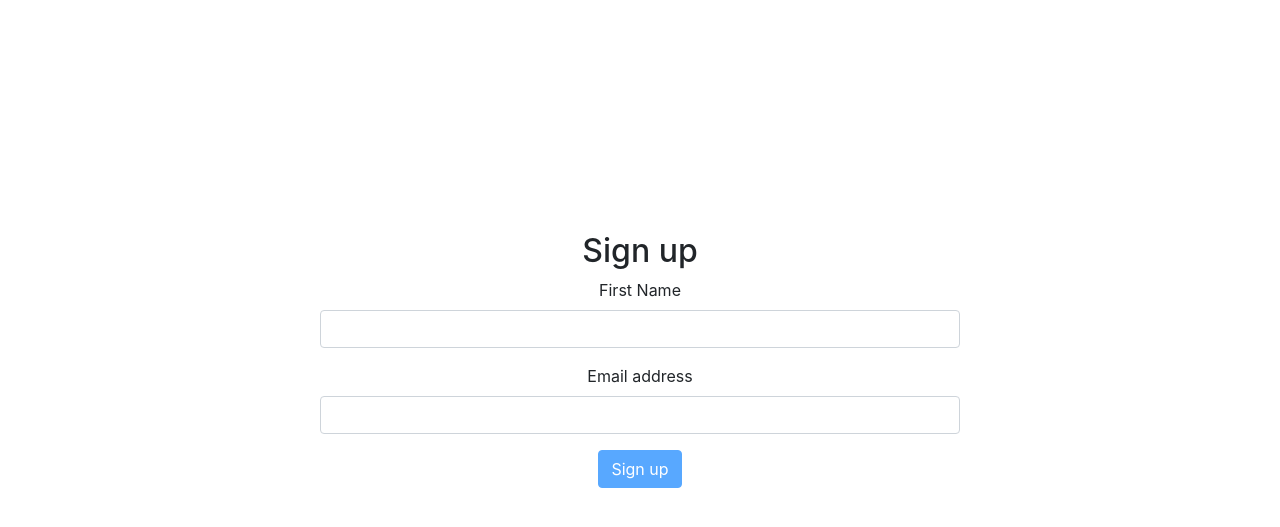
Repository: jklodge/react-form
Page: / (app in adzuna-form/)
An editor plug-in stored every save of this project. The page is shown before and after the next save, followed by the edit.
The browser window is 1280 px wide. The pictures show the whole page.
The project was rebuilt for these pictures with package versions that can differ from the ones it lists, and the page was loaded fresh each time. Also part of the build but not shown: adzuna-form/src/Components/ErrorValidation.js.

Above is the page before, as saved 2020-01-09 00:22:10.

After the next save:
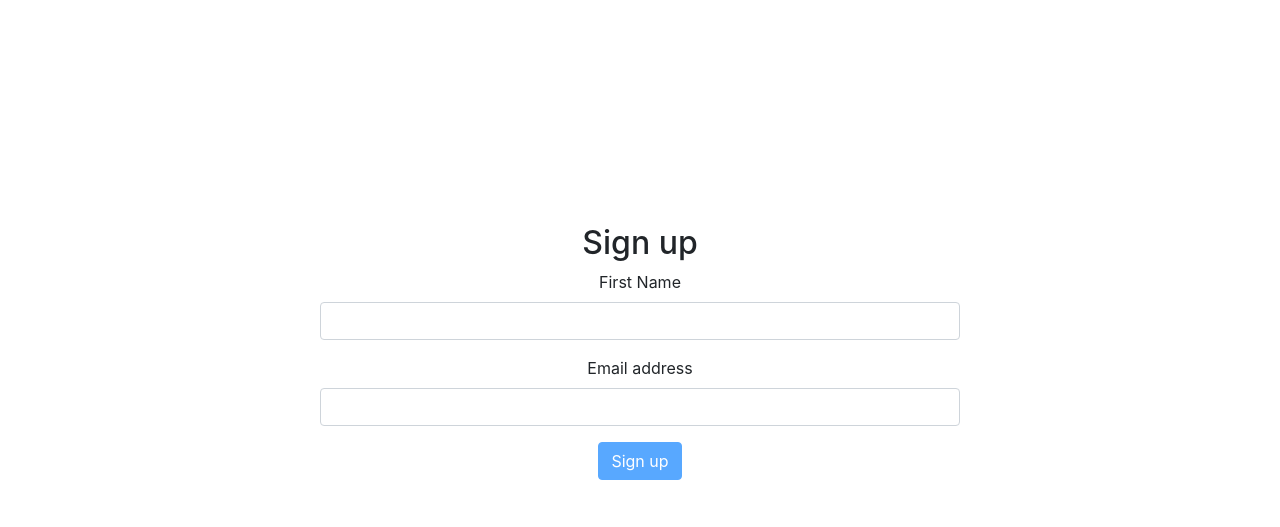
Saved 31 s later.
--- a/adzuna-form/src/Components/Form.js
+++ b/adzuna-form/src/Components/Form.js
@@ -108,9 +108,7 @@
             Sign up
           </button>
         </form>
-        <div className="panel panel-default">
-          {/* <ErrorValidation errorValidation={this.state.errorValidation} /> */}
-        </div>
+        <p>{this.state.errorValidation.email ? "Is invalid" : ""}</p>
       </div>
     );
   }

After the save that followed:
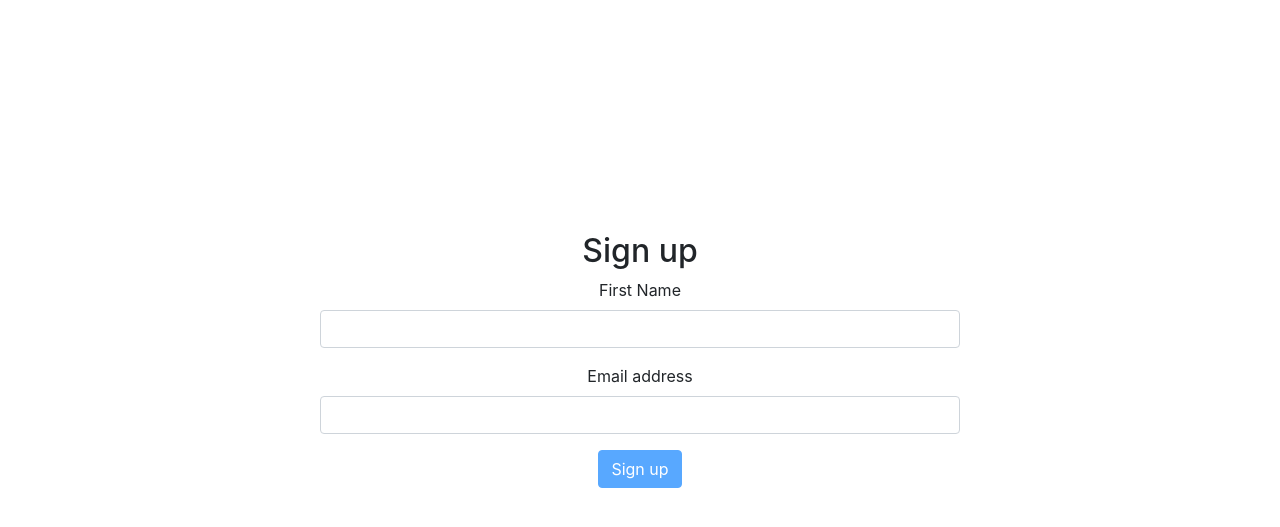
Saved 13 s later.
--- a/adzuna-form/src/Components/Form.js
+++ b/adzuna-form/src/Components/Form.js
@@ -99,6 +99,7 @@
               onBlur={this.validateField}
               required
             />
+            <p>{this.state.errorValidation.email ? "Is invalid" : ""}</p>
           </div>
           <button
             type="submit"
@@ -108,7 +109,6 @@
             Sign up
           </button>
         </form>
-        <p>{this.state.errorValidation.email ? "Is invalid" : ""}</p>
       </div>
     );
   }
